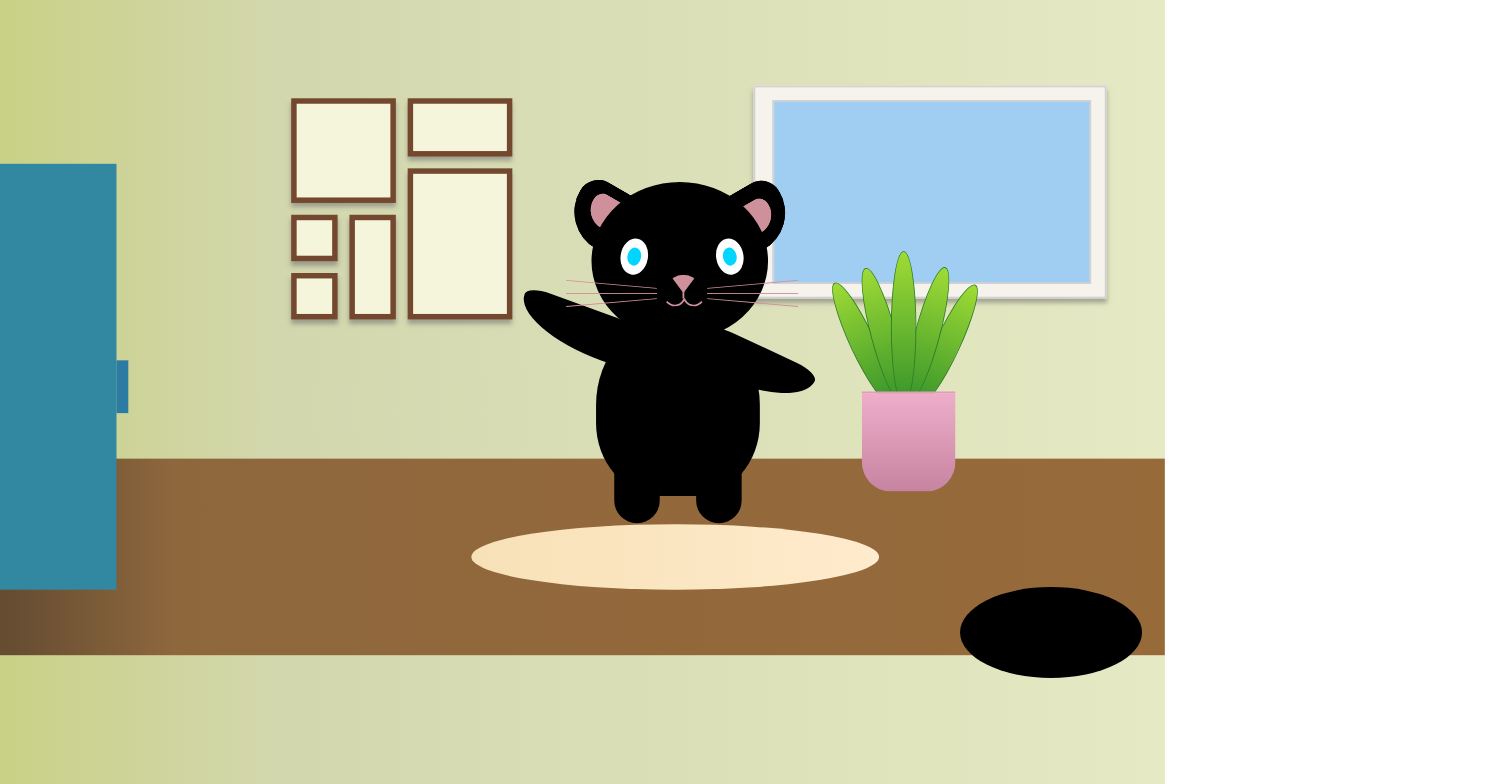
Repository: SandyLy453/COMP-2170-team-project
Page: index.html
The author's editor kept a copy of each file at every save. The page is drawn from the files as they stood at one save, then again after the next save.
The browser window is 1280 px wide. The page is 1280 px wide, then 1655 px, so the pictures cover 1655 px, including what lies to the right of the window. The pictures show the whole page, at 91% of full size.

Above is the page before, as saved 2024-05-03 14:17:07.

After the next save:
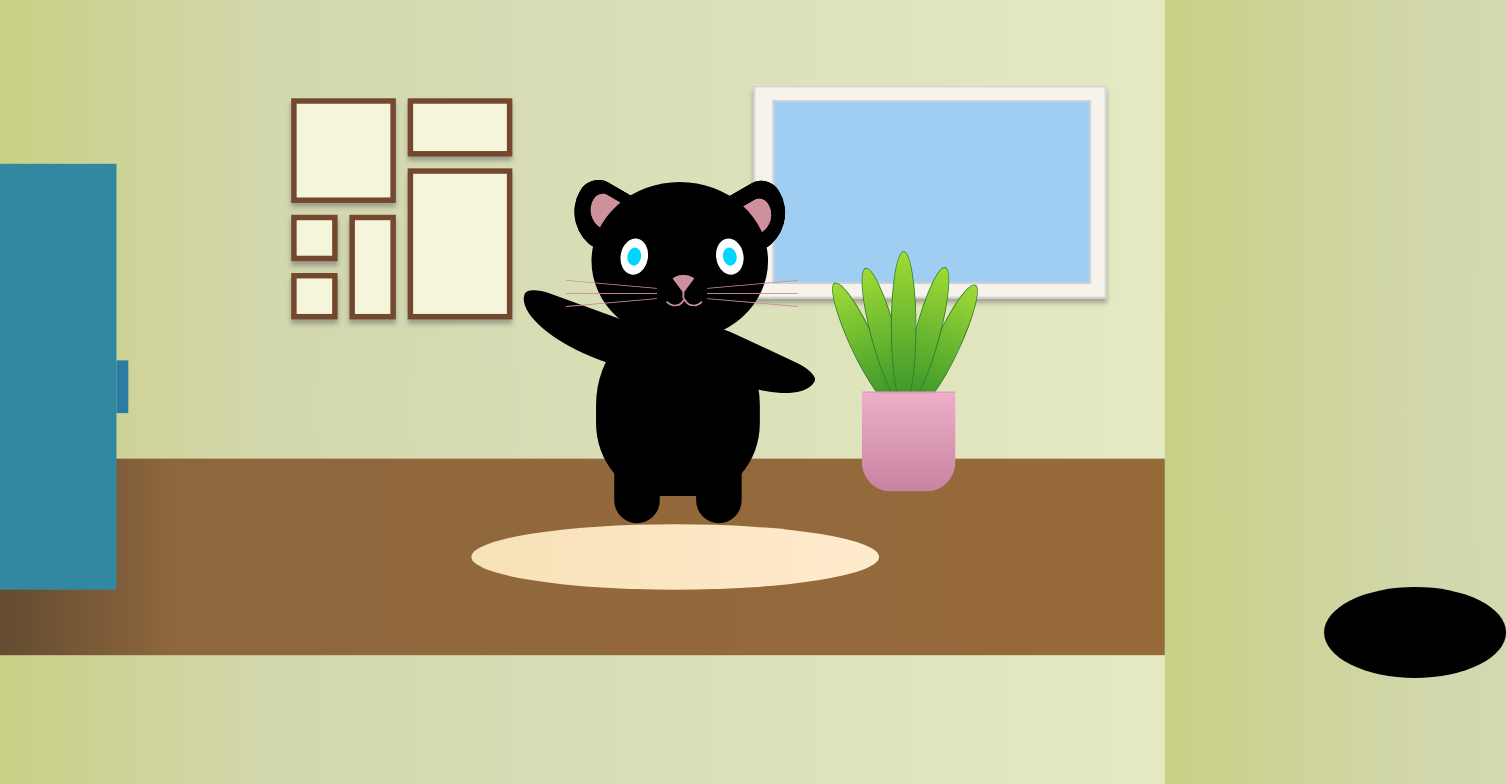
Saved 8 s later.
--- a/styles.css
+++ b/styles.css
@@ -572,5 +572,5 @@ body {
     border-radius: 50%;
     background-color: black;
     top: 300px;
-    left: 400px;
-}
+    left: 800px;
+}
